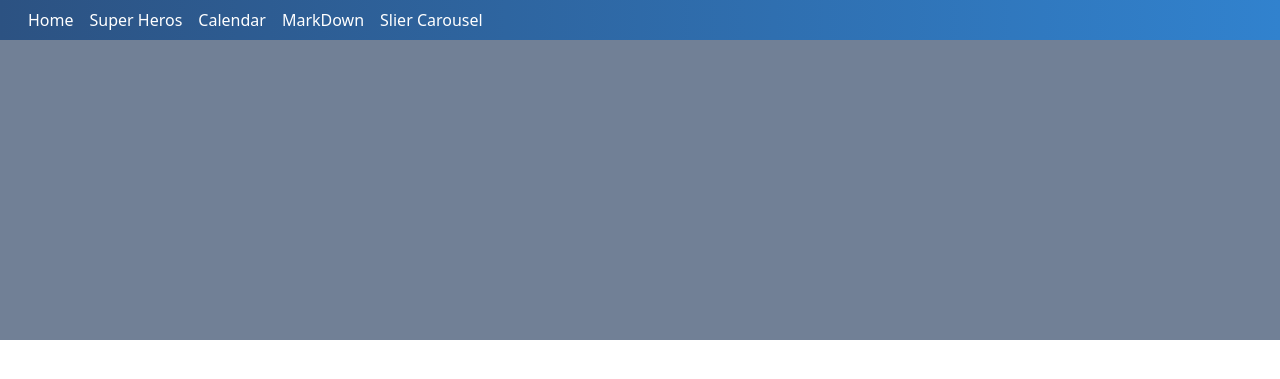
Repository: kshvkndl/VueFullCoursePractice
Page: /slider
The author's editor kept a copy of each file at every save. The page is drawn from the files as they stood at one save, then again after the next save.
The browser window is 1280 px wide. The pictures show the whole page.
The project was rebuilt for these pictures with package versions that can differ from the ones it lists, and the page was loaded fresh each time. Also part of the build but not shown: src/pages/SuperHeros.vue, src/pages/Calender.vue, src/pages/Home.vue, src/utilities/mixins/debounce.js, src/pages/MarkDown.vue.

Above is the page before, as saved 2020-11-19 16:26:08.

### src/main.js
import { createApp } from 'vue'
import App from './App.vue'
import './assets/style.css'
import router from './router'

const app = createApp(App);
app.use(router);
app.mount('#app');

### src/App.vue
<template>
  <AppHeader></AppHeader>
  <div class="w-full flex">
    <router-view></router-view>
  </div>
</template>

<script>
import AppHeader from "@/components/AppHeader";
export default {
  components: { AppHeader },
};
</script>

### src/router.js
import { createRouter, createWebHistory } from 'vue-router';
import SuperHeros from '@/pages/SuperHeros'
import Calender from '@/pages/Calender'
import Home from '@/pages/Home'
import MarkDown from '@/pages/MarkDown'
import Slider from '@/pages/Slider'


const routes = [
    { path: '/', component: Home },
    { path: '/super-heros', component: SuperHeros },
    { path: '/calendar', component: Calender },
    { path: '/markdown', component: MarkDown },
    { path: '/slider', component: Slider },
]

const router = createRouter({
    history: createWebHistory(),
    routes,
});
export default router;

### src/components/AppHeader.vue
<template>
  <nav
    class="w-full bg-gradient-to-r from-blue-800 to-blue-600 text-white px-5 py-2"
  >
    <router-link
      class="mx-2"
      v-for="item in list"
      :key="item.to"
      :to="item.to"
      >{{ item.title }}</router-link
    >
  </nav>
</template>


<script>
export default {
  data() {
    return {
      list: [
        { title: "Home", to: "/" },
        { title: "Super Heros", to: "/super-heros" },
        { title: "Calendar", to: "/calendar" },
        { title: "MarkDown", to: "/markdown" },
        { title: "Slier Carousel", to: "/slider" },
      ],
    };
  },
};
</script>

### src/pages/Slider.vue
<template>
  <div class="flex flex-wrap w-full">
    <div class="absolute w-full bg-blue-600" style="height: 300px"></div>
    <div class="absolute w-full bg-yellow-600" style="height: 300px"></div>
    <div class="absolute w-full bg-gray-600" style="height: 300px"></div>
  </div>
</template>

<script>
export default {};
</script>

<style scoped>
</style>

Loaded but not shown: public/index.html (common file); src/assets/style.css (common file); tailwind.config.js (common file)

After the next save:
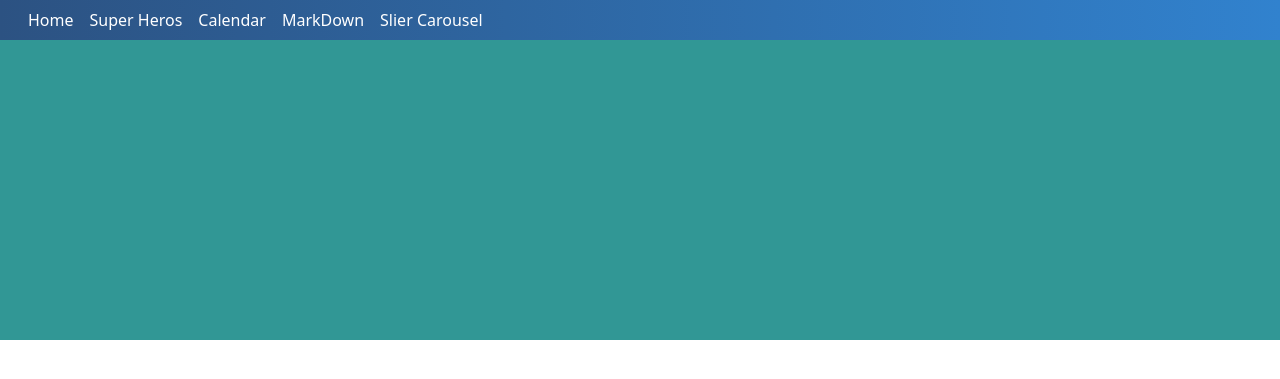
Saved 26 s later.
--- a/src/pages/Slider.vue
+++ b/src/pages/Slider.vue
@@ -2,7 +2,7 @@
   <div class="flex flex-wrap w-full">
     <div class="absolute w-full bg-blue-600" style="height: 300px"></div>
     <div class="absolute w-full bg-yellow-600" style="height: 300px"></div>
-    <div class="absolute w-full bg-gray-600" style="height: 300px"></div>
+    <div class="absolute w-full bg-teal-600" style="height: 300px"></div>
   </div>
 </template>
 
